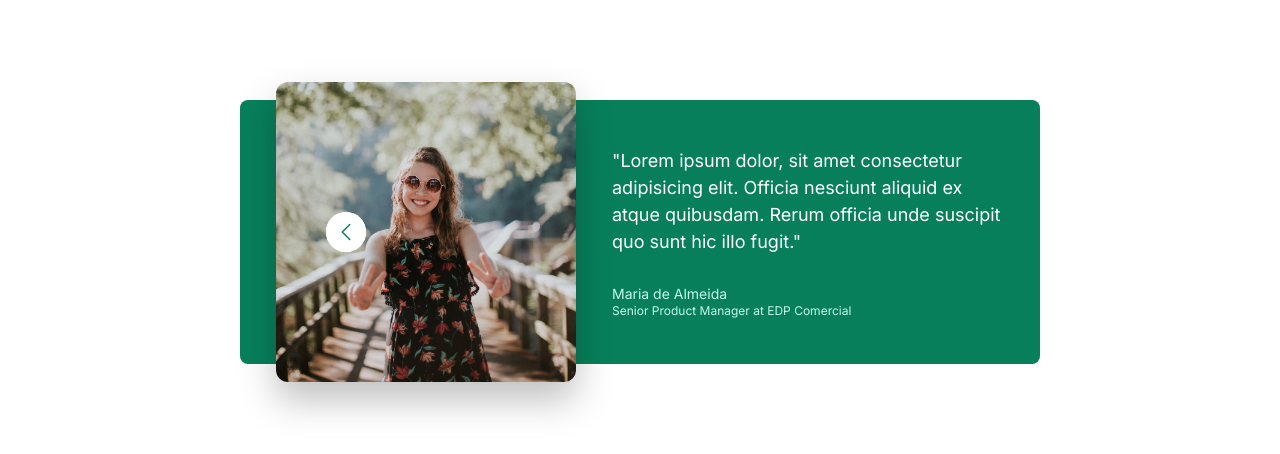
Repository: Ahmed123rezk123/06-Components
Page: carousel.html
An editor plug-in stored every save of this project. The page is shown before and after the next save, followed by the edit.
The browser window is 1280 px wide. The pictures show the whole page.

Above is the page before, as saved 2024-09-16 08:57:21.

### carousel.html
<!DOCTYPE html>
<html lang="en">
  <head>
    <meta charset="UTF-8" />
    <meta name="viewport" content="width=device-width, initial-scale=1.0" />
    <link rel="preconnect" href="https://fonts.gstatic.com" />
    <link
      href="https://fonts.googleapis.com/css2?family=Inter:wght@400;500;700&display=swap"
      rel="stylesheet"
    />
    <style>
      * {
        margin: 0;
        padding: 0;
        box-sizing: border-box;
      }

      body {
        font-family: "Inter", sans-serif;
        /* color: #343a40;
        background-color: #f8f9fa; */
        line-height: 1;
      }
      .carousel {
        width: 800px;
        margin: 100px auto;
        background-color: #087f5b;
        border-radius: 8px;
        padding: 32px;
        padding-left: 86px;
        color: #fff;
        display: flex;
        align-items: center;
        gap: 86px;
        position: relative;
      }

      img {
        height: 200px;
        border-radius: 8px;
        transform: scale(1.5);
        box-shadow: 0 12px 24px rgb(0, 0, 0, 0.25);
      }
      .testmonial-text {
        font-size: 18px;
        font-weight: 500px;
        line-height: 1.5;
        margin-bottom: 32px;
      }
      .testmonial-auther {
        font-size: 14px;
        margin-bottom: 4px;
        color: #c3fae8;
      }

      .testmonial-job {
        font-size: 12px;
        color: #c3fae8;
      }

      .btn {
        background-color: #fff;
        border: none;
        width: 40px;
        height: 40px;
        position: absolute;
        border-radius: 50%;
        display: flex;
        justify-content: center;
        align-items: center;
      }
      .btn-icon {
        width: 24px;
        height: 24px;
        stroke: #087f5b;
      }
    </style>
    <title>Carousel</title>
  </head>
  <body>
    <div class="carousel">
      <img src="maria.jpg" alt="" />
      <blockquote class="testmonial">
        <p class="testmonial-text">
          "Lorem ipsum dolor, sit amet consectetur adipisicing elit. Officia
          nesciunt aliquid ex atque quibusdam. Rerum officia unde suscipit quo
          sunt hic illo fugit."
        </p>
        <p class="testmonial-auther">Maria de Almeida</p>
        <p class="testmonial-job">Senior Product Manager at EDP Comercial</p>
      </blockquote>

      <button class="btn">
        <svg
          xmlns="http://www.w3.org/2000/svg"
          fill="none"
          viewBox="0 0 24 24"
          stroke-width="1.5"
          stroke="currentColor"
          class="btn-icon"
        >
          <path
            stroke-linecap="round"
            stroke-linejoin="round"
            d="m8.25 4.5 7.5 7.5-7.5 7.5"
          />
        </svg>
      </button>
      <button class="btn">
        <svg
          xmlns="http://www.w3.org/2000/svg"
          fill="none"
          viewBox="0 0 24 24"
          stroke-width="1.5"
          stroke="currentColor"
          class="btn-icon"
        >
          <path
            stroke-linecap="round"
            stroke-linejoin="round"
            d="M15.75 19.5 8.25 12l7.5-7.5"
          />
        </svg>
      </button>
    </div>
  </body>
</html>

After the next save:
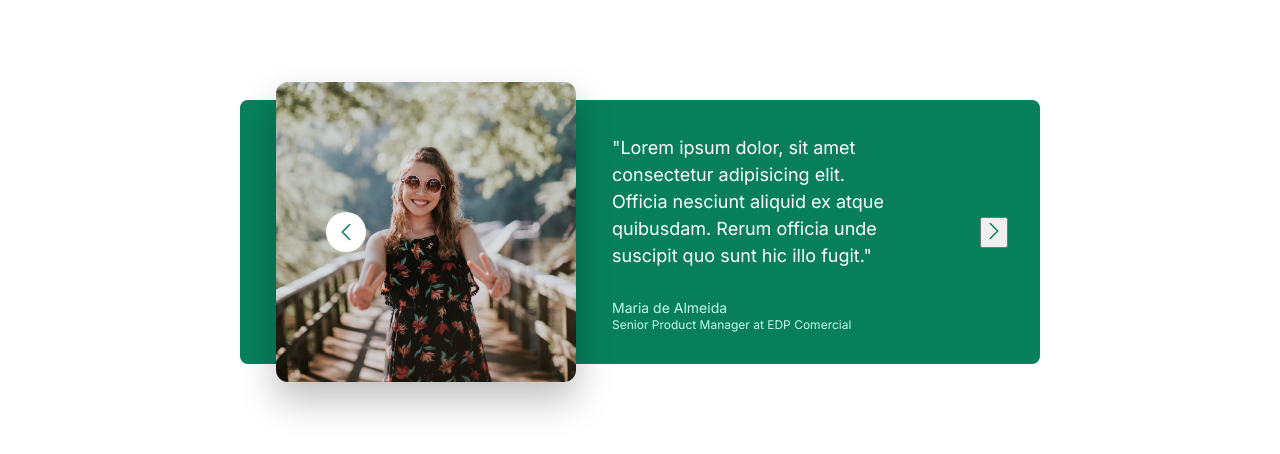
Saved 63 s later.
--- a/carousel.html
+++ b/carousel.html
@@ -90,7 +90,7 @@
         <p class="testmonial-job">Senior Product Manager at EDP Comercial</p>
       </blockquote>
 
-      <button class="btn">
+      <button class="bt">
         <svg
           xmlns="http://www.w3.org/2000/svg"
           fill="none"

After the save that followed:
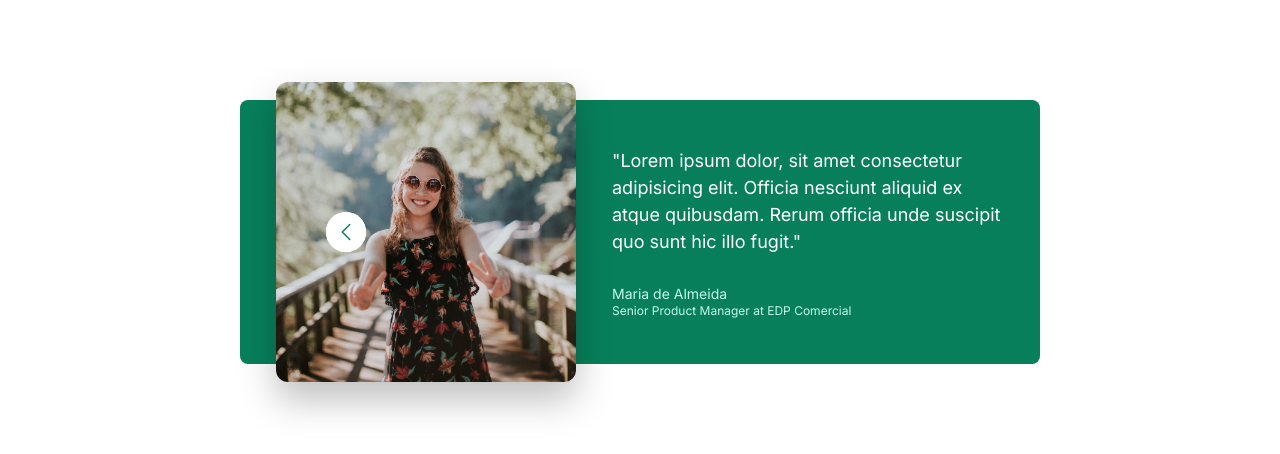
Saved 26 s later.
--- a/carousel.html
+++ b/carousel.html
@@ -90,7 +90,7 @@
         <p class="testmonial-job">Senior Product Manager at EDP Comercial</p>
       </blockquote>
 
-      <button class="bt">
+      <button class="btn btn-right">
         <svg
           xmlns="http://www.w3.org/2000/svg"
           fill="none"
@@ -106,7 +106,7 @@
           />
         </svg>
       </button>
-      <button class="btn">
+      <button class="btn btn-left">
         <svg
           xmlns="http://www.w3.org/2000/svg"
           fill="none"
